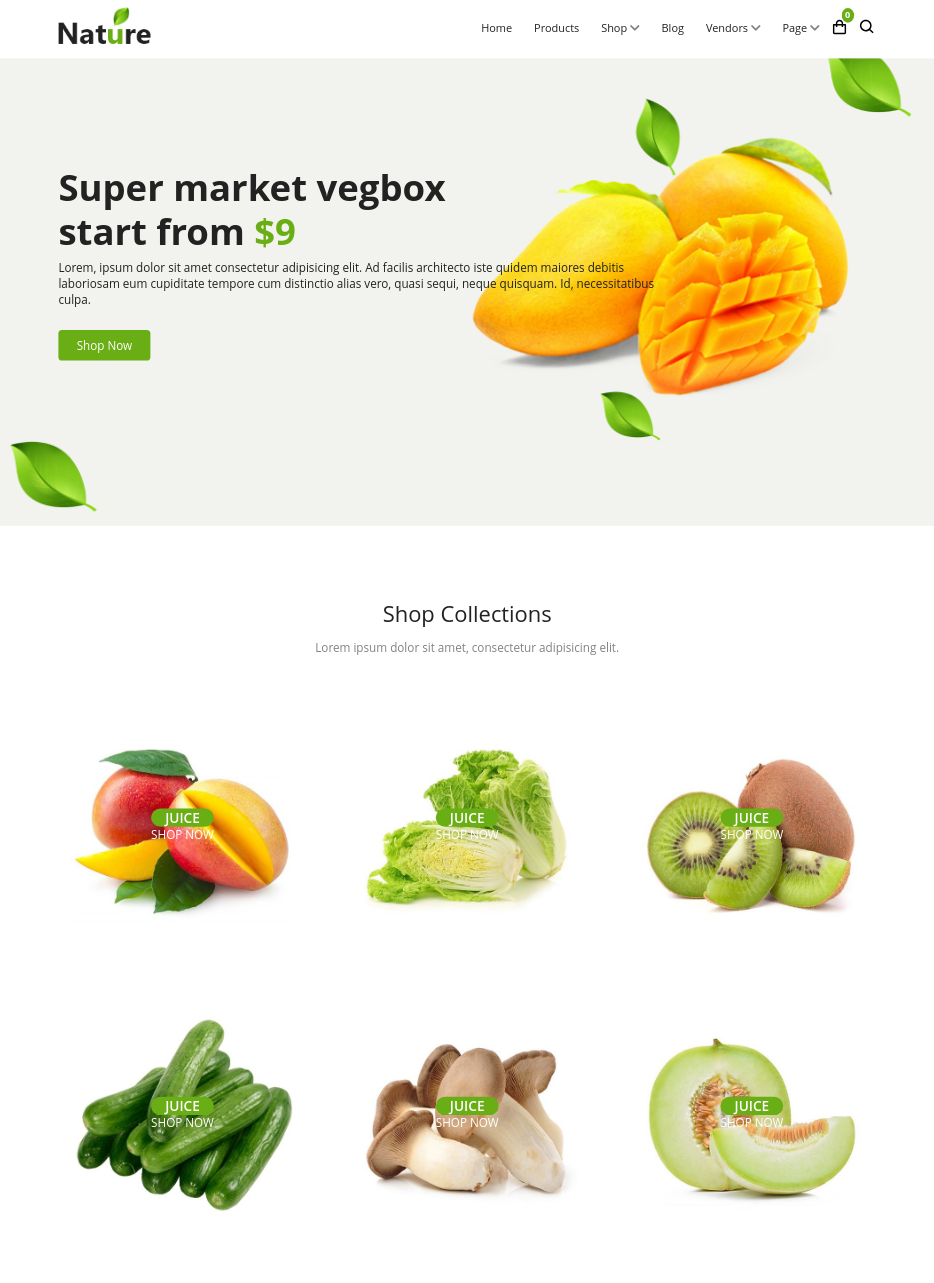
Repository: hoanggiainfomation/hoanggiainfomation.github.io
Page: index.html
The author's editor kept a copy of each file at every save. The page is drawn from the files as they stood at one save, then again after the next save.
The browser window is 1280 px wide. The pictures show the whole page, at 73% of full size.
Some web libraries are served in a nearby version.

Above is the page before, as saved 2021-08-17 20:17:19.

### index.html
<!DOCTYPE html>
<html lang="en">
  <head>
    <meta charset="UTF-8" />
    <meta name="viewport" content="width=device-width, initial-scale=1.0" />
    <!-- Favicon -->
    <link rel="shortcut icon" href="./images/favicon.png" type="image/png" />
    <!-- Font Awesome -->
    <link
      rel="stylesheet"
      href="https://cdnjs.cloudflare.com/ajax/libs/font-awesome/5.15.1/css/all.min.css"
    />
    <!-- ======== Swiper Js ======= -->
    <link
      rel="stylesheet"
      href="https://cdnjs.cloudflare.com/ajax/libs/Swiper/6.7.5/swiper-bundle.min.css"
    />

    <!-- Boxicons -->
    <link
      href="https://unpkg.com/boxicons@2.0.8/css/boxicons.min.css"
      rel="stylesheet"
    />
    <!-- Custom StyleSheet -->
    <link rel="stylesheet" href="./styles.css" />
    <title>Codevo - Ecommerce Website</title>
  </head>
  <body>
    <!-- Navigation -->
    <nav class="nav">
      <div class="wrapper container">
        <div class="logo">
          <a href="">
            <img src="./images/logo.png" alt="" />
          </a>
        </div>
        <ul class="nav-list show">
          <div class="top">
            <label for="" class="btn close-btn"
              ><i class="fas fa-times"></i
            ></label>
          </div>
          <li><a href="index.html">Home</a></li>
          <li><a href="products.html">Products</a></li>
          <li>
            <a href="" class="desktop-item"
              >Shop <span><i class="fas fa-chevron-down"></i></span
            ></a>
            <input type="checkbox" id="showMega" />
            <label for="showMega" class="mobile-item"
              >Shop <span><i class="fas fa-chevron-down"></i></span
            ></label>
            <div class="mega-box">
              <div class="content">
                <div class="row">
                  <img src="./images/nav.png" alt="" />
                </div>
                <div class="row">
                  <header>Shop Layout</header>
                  <ul class="mega-links">
                    <li><a href="#">Shop With Background</a></li>
                    <li><a href="#">Shop Mini Categories</a></li>
                    <li><a href="#">Shop Only Categories</a></li>
                    <li><a href="#">Shop Icon Categories</a></li>
                  </ul>
                </div>
                <div class="row">
                  <header>Filter Layout</header>
                  <ul class="mega-links">
                    <li><a href="#">Sidebar</a></li>
                    <li><a href="#">Filter Default</a></li>
                    <li><a href="#">Filter Drawer</a></li>
                    <li><a href="#">Filter Dropdown</a></li>
                  </ul>
                </div>
                <div class="row">
                  <header>Product Layout</header>
                  <ul class="mega-links">
                    <li><a href="#">Layout Zoom</a></li>
                    <li><a href="#">Layout Sticky</a></li>
                    <li><a href="#">Layout Sticky 2</a></li>
                    <li><a href="#">Layout Scroll</a></li>
                  </ul>
                </div>
              </div>
            </div>
          </li>
          <li><a href="">Blog</a></li>
          <li>
            <a href="" class="desktop-item"
              >Vendors <span><i class="fas fa-chevron-down"></i></span
            ></a>
            <input type="checkbox" id="showdrop1" />
            <label for="showdrop1" class="mobile-item"
              >Vendors <span><i class="fas fa-chevron-down"></i></span
            ></label>
            <ul class="drop-menu1">
              <li><a href="">Vendor Store listings</a></li>
              <li><a href="">Store Details</a></li>
            </ul>
          </li>

          <li>
            <a href="" class="desktop-item"
              >Page <span><i class="fas fa-chevron-down"></i></span
            ></a>
            <input type="checkbox" id="showdrop2" />
            <label for="showdrop2" class="mobile-item"
              >Page <span><i class="fas fa-chevron-down"></i></span
            ></label>
            <ul class="drop-menu2">
              <li><a href="">About</a></li>
              <li><a href="">Contact</a></li>
              <li><a href="">Faq</a></li>
              <li><a href="">Page 404</a></li>
            </ul>
          </li>
          <!-- icons -->
          <li class="icons">
            <a href="cart.html">
              <span>
                <img src="./images/shoppingBag.svg" alt="" />
                <small class="count d-flex">0</small>
              </span>
            </a>
            <span><img src="./images/search.svg" alt="" /></span>
          </li>
        </ul>
        <label for="" class="btn open-btn"><i class="fas fa-bars"></i></label>
      </div>
    </nav>
    <!-- Hero -->
    <div class="hero">
      <div class="row">
        <!-- Swiper -->
        <div class="swiper-container slider-1">
          <div class="swiper-wrapper">
            <div class="swiper-slide">
              <img src="./images/hero-1.png" alt="" />
              <div class="content">
                <h1>
                  Super market vegbox
                  <br />
                  start from
                  <span>$9</span>
                </h1>
                <p>
                  Lorem, ipsum dolor sit amet consectetur adipisicing elit. Ad
                  facilis architecto iste quidem maiores debitis laboriosam eum
                  cupiditate tempore cum distinctio alias vero, quasi sequi,
                  neque quisquam. Id, necessitatibus culpa.
                </p>
                <a href="">Shop Now</a>
              </div>
            </div>
            <div class="swiper-slide">
              <img src="./images/hero-2.png" alt="" />
              <div class="content">
                <h1>
                  You first Order
                  <br />
                  start from
                  <span>20% off</span>
                  at Juice
                </h1>
                <p>
                  Lorem, ipsum dolor sit amet consectetur adipisicing elit. Ad
                  facilis architecto iste quidem maiores debitis laboriosam eum
                  cupiditate tempore cum distinctio alias vero, quasi sequi,
                  neque quisquam. Id, necessitatibus culpa.
                </p>
                <a href="">Shop Now</a>
              </div>
            </div>
            <div class="swiper-slide">
              <img src="./images/hero-3.png" alt="" />
              <div class="content">
                <h1>
                  Super market vegbox
                  <br />
                  start from
                  <span>$9</span>
                </h1>
                <p>
                  Lorem, ipsum dolor sit amet consectetur adipisicing elit. Ad
                  facilis architecto iste quidem maiores debitis laboriosam eum
                  cupiditate tempore cum distinctio alias vero, quasi sequi,
                  neque quisquam. Id, necessitatibus culpa.
                </p>
                <a href="">Shop Now</a>
              </div>
            </div>
          </div>
          <!-- <div class="swiper-button-next"></div>
        <div class="swiper-button-prev"></div> -->
        </div>
      </div>
      <!-- Carousel Navigation -->
      <div class="arrows d-flex">
        <div class="swiper-prev d-flex">
          <i class="bx bx-chevrons-left swiper-icon"></i>
        </div>
        <div class="swiper-next d-flex">
          <i class="bx bx-chevrons-right swiper-icon"></i>
        </div>
      </div>
    </div>
    <!-- Collertions -->
    <section class="section collection">
      <div class="title">
        <h2>Shop Collections</h2>
        <span>Lorem ipsum dolor sit amet, consectetur adipisicing elit.</span>
      </div>
      <div class="collection-layout container">
        <div class="collection-item">
          <img src="./images/product-1.jpg" alt="" />
          <div class="collection-content">
            <h3>JUICE</h3>
            <a href="">SHOP NOW</a>
          </div>
        </div>
        <div class="collection-item">
          <img src="./images/product-2.jpg" alt="" />
          <div class="collection-content">
            <h3>JUICE</h3>
            <a href="">SHOP NOW</a>
          </div>
        </div>
        <div class="collection-item">
          <img src="./images/product-3.jpg" alt="" />
          <div class="collection-content">
            <h3>JUICE</h3>
            <a href="">SHOP NOW</a>
          </div>
        </div>
        <div class="collection-item">
          <img src="./images/product-4.jpg" alt="" />
          <div class="collection-content">
            <h3>JUICE</h3>
            <a href="">SHOP NOW</a>
          </div>
        </div>
        <div class="collection-item">
          <img src="./images/product-5.jpg" alt="" />
          <div class="collection-content">
            <h3>JUICE</h3>
            <a href="">SHOP NOW</a>
          </div>
        </div>
        <div class="collection-item">
          <img src="./images/product-6.jpg" alt="" />
          <div class="collection-content">
            <h3>JUICE</h3>
            <a href="">SHOP NOW</a>
          </div>
        </div>
      </div>
    </section>
    <!-- ======== SwiperJS ======= -->
    <script src="https://cdnjs.cloudflare.com/ajax/libs/Swiper/6.7.5/swiper-bundle.min.js"></script>
    <!-- Custom Scripts -->
    <script src="./js/slider.js"></script>
    <script src="./js/index.js"></script>
  </body>
</html>

### styles.css
:root {
  --primary: #69ae14;
  --white: #fff;
  --black: #222;
  --grey1: #3a3b3c;
  --grey2: #828282;
}

*,
*::before,
*::after {
  margin: 0;
  padding: 0;
  box-sizing: inherit;
}

@import url("https://fonts.googleapis.com/css2?family=Open+Sans:wght@400;600;700&display=swap");

html {
  box-sizing: border-box;
  font-size: 62.5%;
}

body {
  font-family: "Open Sans", sans-serif;
  font-size: 1.6rem;
  background-color: var(--white);
  color: var(--black);
  font-weight: 400;
}

h1,
h2,
h3,
h4,
h5 {
  font-weight: 600;
}

a {
  text-decoration: none;
  color: inherit;
}

li {
  list-style: none;
}

.container {
  max-width: 114rem;
  margin: 0 auto;
}

@media (max-width: 1200px) {
  .container {
    padding: 0 3rem;
  }
}

@media (max-width: 768px) {
  .container {
    max-width: 60rem;
  }
}

.d-flex {
  display: flex;
  align-items: center;
}

nav {
  position: fixed;
  top: 0;
  left: 0;
  width: 100%;
  z-index: 999;
  background-color: var(--white);
  height: 8rem;
  line-height: 8rem;
}

.nav.fix-nav {
  width: 100%;
  box-shadow: 0 5px 15px rgba(0, 0, 0, 0.3);
  z-index: 999;
}

nav .wrapper {
  display: flex;
  align-items: center;
  justify-content: space-between;
  position: relative;
  height: 100%;
}

.wrapper .logo {
  height: 100%;
}

.wrapper .logo a {
  display: flex;
  align-items: center;
  justify-content: center;
  height: 100%;
}

.wrapper .nav-list {
  display: inline-flex;
}

.nav-list li i {
  color: var(--grey2);
}
/* .nav-list li i::after {
  content: "";
  position: absolute;
  top: 0;
  right: 0;
  width: 10px;
  height: 10px;
} */

.nav-list a {
  color: var(--black);
  font-size: 1.5rem;
  padding: 0.9rem 1.5rem;
  border-radius: 0.5rem;
  transition: all 300ms ease;
}

.nav-list li a:hover {
  color: var(--primary);
}

.nav-list .drop-menu1,
.nav-list .drop-menu2 {
  box-shadow: 0 0 2px rgba(0, 0, 0, 0.1);
  width: 20rem;
  top: 8.5rem;
  line-height: 4.5rem;
  position: absolute;
  background-color: var(--white);
  opacity: 0;
  visibility: hidden;
  transition: all 300ms ease;
}

.nav-list .drop-menu1 li a,
.nav-list .drop-menu2 li a {
  display: block;
  font-size: 1.5rem;
  width: 100%;
  padding: 0 0 0 1.5rem;
  border-radius: 0;
  color: var(--grey2);
}

.nav-list .drop-menu1 li a:hover,
.nav-list .drop-menu2 li a:hover {
  color: var(--primary);
}

.nav-list li:hover .drop-menu1,
.nav-list li:hover .drop-menu2,
.nav-list li:hover .mega-box {
  opacity: 1;
  visibility: visible;
  top: 6.5rem;
}

.mega-box {
  box-shadow: 0 0 2px rgba(0, 0, 0, 0.1);
  position: absolute;
  top: 8.5rem;
  left: 0;
  width: 100%;
  padding: 0 3rem;
  background-color: var(--white);
  opacity: 0;
  visibility: hidden;
  transition: all 300ms ease;
}

.mega-box .content {
  padding: 2.5rem 2rem;
  display: flex;
  width: 100%;
  justify-content: space-between;
}

.mega-box .content .row {
  width: calc(25% - 3rem);
  line-height: 4.5rem;
}

.content .row img {
  width: 100%;
  height: 100%;
  object-fit: cover;
}

.content .row header {
  font-size: 1.6rem;
  font-weight: 700;
  color: var(--grey1);
}

.content .row .mega-links {
  border-left: 1px solid rgba(255, 255, 255, 0.09);
  margin-left: -4rem;
}

.content .row li {
  padding: 0 2rem;
}

.content .row li a {
  padding: 0 2rem;
  display: block;
  font-size: 1.5rem;
  color: var(--grey2);
}

.content .row li a:hover {
  color: var(--primary);
}

.nav-list .mobile-item {
  display: none;
}

.nav-list input {
  display: none;
}

.wrapper .btn {
  color: var(--white);
  font-size: 2rem;
  cursor: pointer;
  display: none;
}

.nav-list .icons span {
  display: inline-block;
  margin: 0.5rem 1rem 0 0;
  position: relative;
}

.nav-list .icons a {
  padding: 0;
  display: inline-block;
}

.nav-list .icons .count {
  justify-content: center;
  position: absolute;
  top: 0.8rem;
  right: -0.8rem;
  background-color: var(--primary);
  height: 2rem;
  padding: 0.5rem;
  color: var(--white);
  font-weight: 700;
  border-radius: 50%;
}

@media (max-width: 968px) {
  .wrapper .nav-list {
    position: fixed;
    top: 0;
    left: -100%;
    height: 100%;
    width: 100%;
    max-width: 35rem;
    background-color: var(--white);
    display: block;
    overflow-y: auto;
    line-height: 5rem;
    box-shadow: 0 1.5rem 1.5rem rgba(0, 0, 0, 0.1);
    transition: all 300ms linear;
  }

  .wrapper .nav-list.show {
    left: 0;
  }

  .nav-list li {
    margin: 1.5rem 1rem;
  }

  .nav-list a {
    display: block;
    font-size: 1.8rem;
    padding: 0 2rem;
    color: var(--black);
  }

  .nav-list .drop-menu1,
  .nav-list .drop-menu2 {
    position: static;
    opacity: 1;
    visibility: visible;
    top: 6.5rem;
    padding-left: 2rem;
    width: 100%;
    max-height: 0;
    overflow: hidden;
  }

  #showdrop1:checked ~ .drop-menu1,
  #showdrop2:checked ~ .drop-menu2,
  #showMega:checked ~ .mega-box {
    max-height: 100%;
  }

  .nav-list .drop-menu1 li,
  .nav-list .drop-menu2 li {
    margin: 0;
  }

  .nav-list .drop-menu1 li a,
  .nav-list .drop-menu2 li a {
    color: var(--grey2);
    font-size: 1.5rem;
  }

  .nav-list .desktop-item {
    display: none;
  }

  .nav-list .mobile-item {
    display: block;
    font-size: 1.8rem;
    padding-left: 2rem;
    color: var(--black);
    cursor: pointer;
    border-radius: 0.5rem;
  }

  .nav-list .mobile-item:hover {
    color: var(--primary);
  }

  .mega-box {
    position: static;
    top: 6.5rem;
    padding: 0 2rem;
    opacity: 1;
    visibility: visible;
    max-height: 0;
    overflow: hidden;
    transition: all 300ms ease;
  }

  .mega-box .content {
    flex-direction: column;
    padding: 2rem 2rem 0 2rem;
  }

  .mega-box .content .row {
    width: 100%;
    border-top: 1px solid rgba(255, 255, 255, 0.09);
    margin-bottom: 1.5rem;
  }

  .content .row:nth-child(1),
  .content .row:nth-child(2) {
    border-top: 0;
  }

  .content .row .mega-links {
    border-left: 0;
    padding-left: 2rem;
  }

  .row .mega-links li {
    margin: 0;
  }

  .wrapper .btn {
    display: block;
    color: var(--black);
  }

  .nav-list .top {
    position: relative;
    display: block;
    background-color: var(--primary);
    width: 100%;
    height: 8rem;
  }

  .nav-list .close-btn {
    position: absolute;
    top: 1.5rem;
    right: 2.5rem;
    color: var(--white);
  }

  .nav-list .icons {
    padding-left: 2rem;
  }
}
/* Hero */
.hero {
  height: 100vh;
  position: relative;
  overflow: hidden;
}

.swiper-container,
.hero .row {
  width: 100%;
  height: 100%;
}

.hero .row {
  position: relative;
}

.hero .row img {
  height: 100%;
  width: 100%;
  object-fit: cover;
}

.hero .row .content {
  position: absolute;
  top: 50%;
  left: 80px;
  transform: translateY(-50%);
}

.hero .row .content h1 {
  line-height: 1.2;
  font-size: 5rem;
  font-weight: 700;
}

.hero .row .content span {
  color: var(--primary);
}

.hero .row .content p {
  margin: 1rem 0 1rem;
  width: 70%;
}

.hero .row .content a {
  display: inline-block;
  color: var(--white);
  background-color: var(--primary);
  border-radius: 5px;
  padding: 1rem 2.5rem;
  margin-top: 2rem;
}

.swiper-slide-active .content h1 {
  animation: movebottom 1s ease-in-out;
}

.swiper-slide-active .content a {
  animation: movetop 1s ease-in-out;
}

.swiper-slide-active .content p {
  animation: moveleft 1s ease-in-out;
}
@keyframes movebottom {
  0% {
    transform: translateY(-100px);
    opacity: 0;
  }
  100% {
    transform: translateY(0px);
    opacity: 1;
  }
}
@keyframes movetop {
  0% {
    transform: translateY(-100px);
    opacity: 0;
  }
  100% {
    transform: translateY(0px);
    opacity: 1;
  }
}
@keyframes moveleft {
  0% {
    transform: translateX(-100px);
    opacity: 0;
  }
  100% {
    transform: translateX(0px);
    opacity: 1;
  }
}
.hero .arrows {
  position: absolute;
  top: 50%;
  transform: translateY(-50%);
  width: 100%;
  z-index: 10;
  visibility: hidden;
  transition: all 500ms ease-in-out;
}
.hero:hover .arrows {
  visibility: visible;
  opacity: 1;
}
.arrows .swiper-prev,
.arrows .swiper-next {
  position: absolute;
  padding: 0.5rem 0.7rem;
  background-color: var(--primary);
  border-radius: 5px;
  color: var(--white);
  cursor: pointer;
}
.arrows .swiper-prev {
  left: 20px;
}
.arrows .swiper-next {
  right: 20px;
}
@media screen and (max-width: 567px) {
  .hero .row .content {
    left: 20px;
  }
  .hero .row .content h1 {
    font-size: 3rem;
  }
  .hero .row .content p {
    width: 80%;
  }
}
/* Collection */
section {
  padding: 10rem 0 5rem 0;
  overflow: hidden;
}
section .title {
  text-align: center;
  margin-bottom: 5rem;
}
section .title h2 {
  font-size: 3rem;
  font-weight: 400;
  margin-bottom: 1.5rem;
}
section .title span {
  color: var(--grey2);
}
.collection-layout {
  display: grid;
  grid-template-columns: repeat(3, 1fr);
  gap: 3rem;
}
.collection-item {
  position: relative;
  overflow: hidden;
  z-index: 0;
}
.collection-item img {
  object-fit: cover;
  height: 100%;
  width: 100%;
  transition: all 500ms ease-in-out;
}
.collection-content {
  position: absolute;
  top: 50%;
  left: 50%;
  transform: translate(-50%, -50%);
  color: var(--white);
  text-align: center;
  z-index: 3;
}
.collection-content h3 {
  background-color: var(--primary);
  color: var(--white);
  border-radius: 5rem;
}

### js/slider.js
const swiper1 = new Swiper(".slider-1", {
  autuplay: {
    delay: 3500,
    disableOnInteraction: false,
  },
  grapbCursor: true,
  effect: "fade",
  loop: true,
  navigator: {
    nextEl: ".swiper-next",
    pervEl: ".swiper-prev",
  },
});

### js/index.js
const openNav = document.querySelector(".open-btn");
const closeNav = document.querySelector(".close-btn");
const menu = document.querySelector(".nav-list");

openNav.addEventListener("click", () => {
  menu.classList.add("show");
});
closeNav.addEventListener("click", () => {
  menu.classList.remove("show");
});

After the next save:
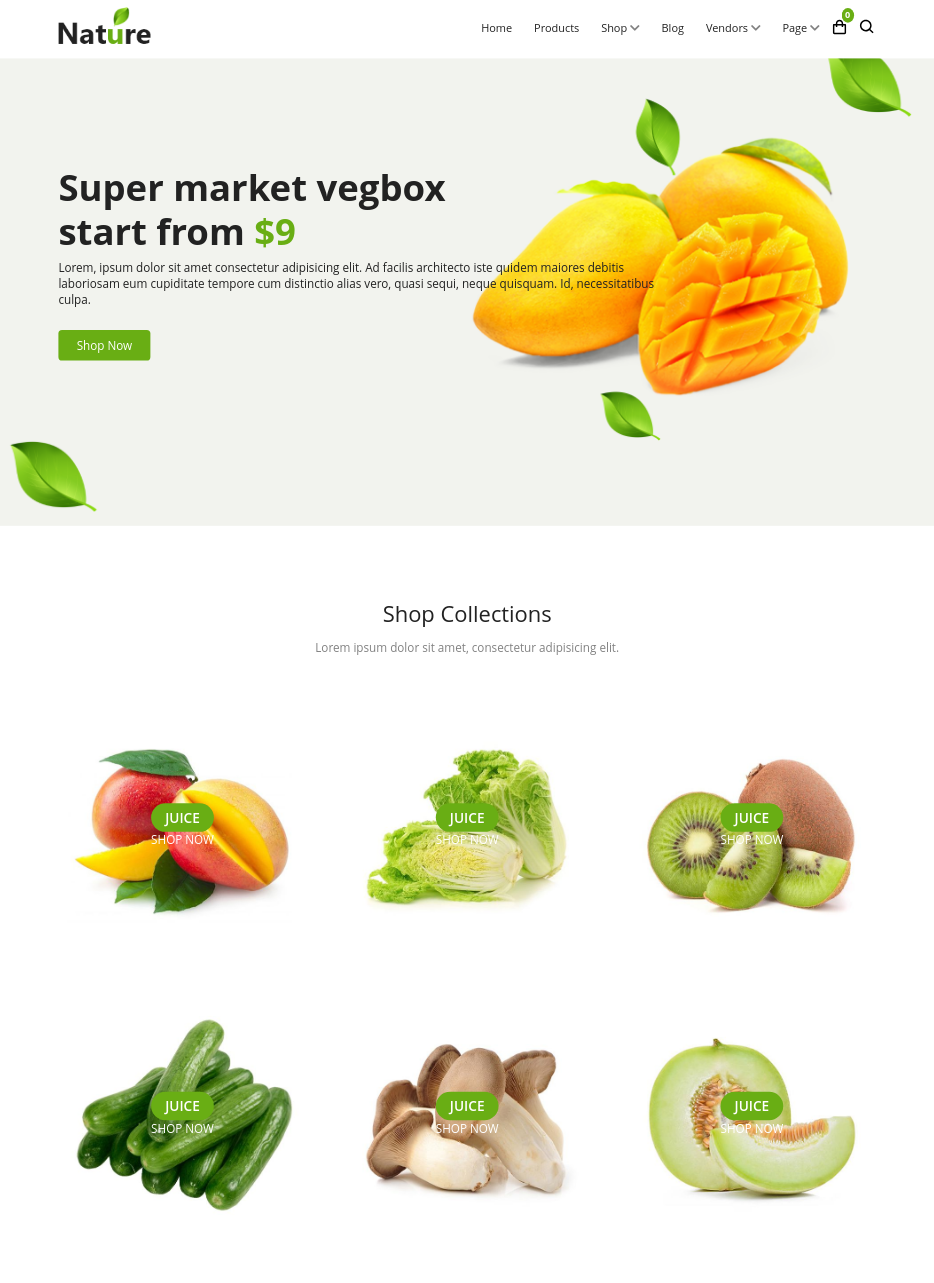
Saved 12 s later.
--- a/styles.css
+++ b/styles.css
@@ -581,4 +581,5 @@ section .title span {
   background-color: var(--primary);
   color: var(--white);
   border-radius: 5rem;
-}
+  padding: 0.7rem 1.4rem;
+}
